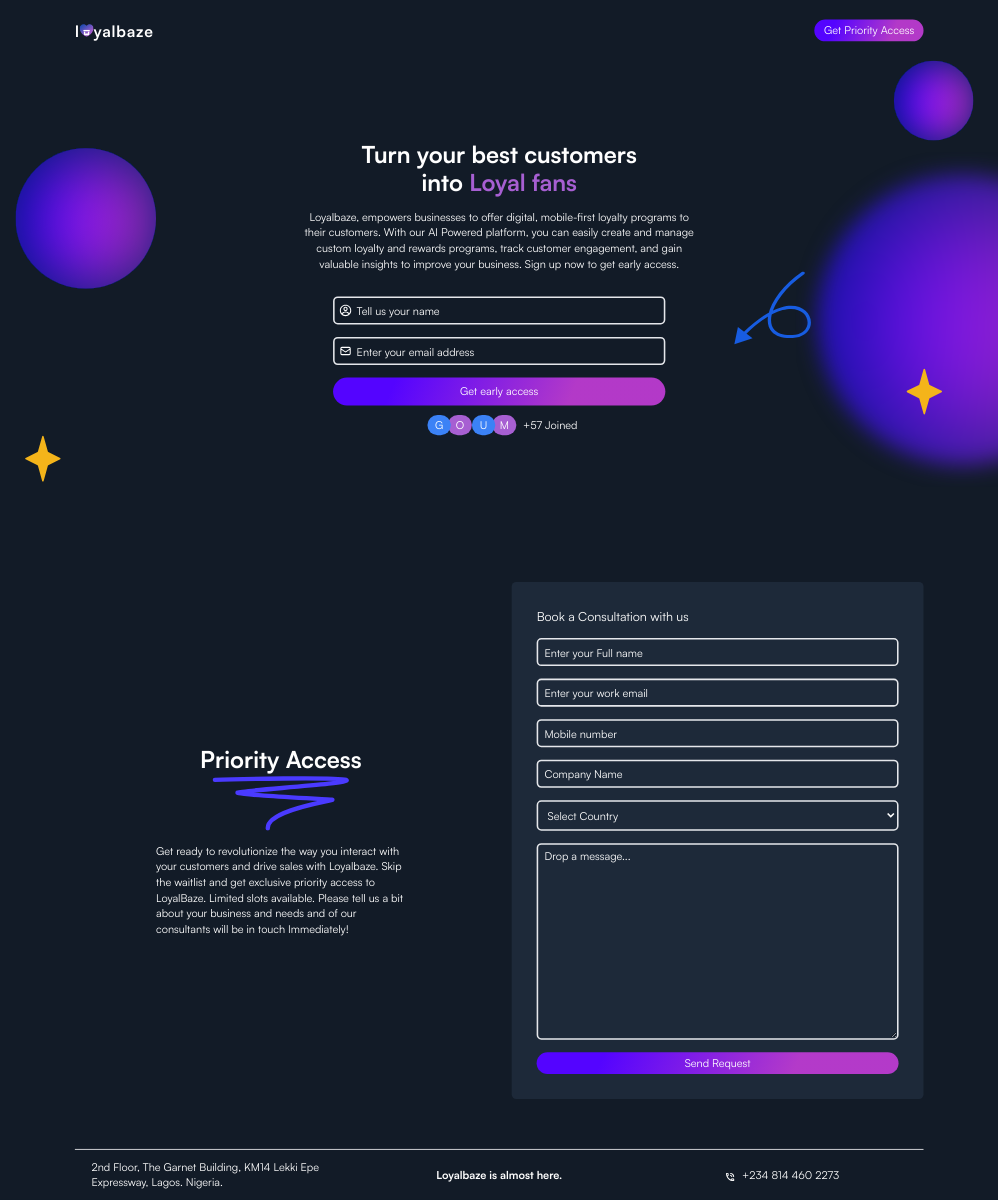
Repository: Jerified/loyalbaze
Page: /
The author's editor kept a copy of each file at every save. The page is drawn from the files as they stood at one save, then again after the next save.
The browser window is 1280 px wide. The pictures show the whole page, at 78% of full size.
The project was rebuilt for these pictures with package versions that can differ from the ones it lists, and the page was loaded fresh each time. The framework's server and built-in components were replaced by stand-ins that run in the browser. Also part of the build but not shown: next.config.js.

Above is the page before, as saved 2023-02-14 17:41:55.

### src/app/layout.tsx
import Header from '@/components/Header'
import localFont from '@next/font/local'
import './globals.css'
// import Providers from '../../';

const satoshi = localFont({
  src: [
    {
      path: '../../public/fonts/Satoshi-Regular.woff2',
      weight: '400',
    },
    {
      path: '../../public/fonts/Satoshi-Bold.woff2',
      weight: '700',
    },
  ]
})

export default function RootLayout({
  children,
}: {
  children: React.ReactNode
}) {
  return (
    <html lang="en">
      <head />
      <body className={satoshi.className}>
          <Header />
          {children}
      </body>
    </html>
  );
}

### src/app/page.tsx
import Contents from "@/components/Contents";
import Footer from "@/components/Footer";
import Form from "@/components/Form";


export default async function Home() {

  return  (
  <main className=''>
    <Contents />
    <Form />
    <Footer />
  </main>
  )
}

### src/components/Header.tsx
import { AiFillHome } from "react-icons/ai";
import { BsFillInfoCircleFill } from "react-icons/bs";
import Link from "next/link";

export default function Header() {
  return (
    <div className="flex justify-between px-8 sm:mx-auto items-center py-6 max-w-6xl mx-auto">
      <div className="text-xl font-semibold tracking-wider flex items-end justify-end">
        l
        <div className="relative">
          <svg
            width="10"
            height="8"
            viewBox="0 0 10 8"
            fill="none"
            xmlns="http://www.w3.org/2000/svg"
            className="absolute bottom-2 right-[0.23rem]"
          >
            <path
              d="M8.42822 3V5.57143C8.42822 6.51857 7.66108 7.28571 6.71394 7.28571H3.28537C2.33822 7.28571 1.57108 6.51857 1.57108 5.57143V3C1.57108 2.76429 1.76394 2.57143 1.99965 2.57143H2.84394C3.07965 2.57143 3.27251 2.76429 3.27251 3V4.34571C3.27295 4.5733 3.36327 4.7915 3.5238 4.95283C3.68432 5.11416 3.90207 5.20556 4.12965 5.20714C4.29251 5.20714 4.45537 5.16 4.59679 5.06571L5.00394 4.8L5.38108 5.05286C5.64251 5.22857 5.97679 5.25 6.25537 5.1C6.53822 4.95 6.71394 4.66286 6.71394 4.34143V3C6.71394 2.76429 6.90679 2.57143 7.14251 2.57143H7.99965C8.23537 2.57143 8.42822 2.76429 8.42822 3ZM9.07108 0.857143V1.28571C9.07108 1.75714 8.84394 2.14286 8.21394 2.14286H1.78537C1.12965 2.14286 0.928223 1.75714 0.928223 1.28571V0.857143C0.928223 0.385714 1.12965 0 1.78537 0H8.21394C8.84394 0 9.07108 0.385714 9.07108 0.857143Z"
              fill="white"
            />
          </svg>

          <span className="w-">
            <svg
              width="18"
              height="30"
              viewBox="0 0 34 30"
              fill="none"
              xmlns="http://www.w3.org/2000/svg"
            >
              <path
                d="M24.4002 0.169922C21.3835 0.169922 18.6835 1.63659 17.0002 3.88659C16.1404 2.73461 15.0239 1.79891 13.7394 1.15375C12.4549 0.508585 11.0376 0.171731 9.60016 0.169922C4.4835 0.169922 0.333496 4.33659 0.333496 9.48659C0.333496 11.4699 0.650163 13.3033 1.20016 15.0033C3.8335 23.3366 11.9502 28.3199 15.9668 29.6866C16.5335 29.8866 17.4668 29.8866 18.0335 29.6866C22.0502 28.3199 30.1668 23.3366 32.8002 15.0033C33.3502 13.3033 33.6668 11.4699 33.6668 9.48659C33.6668 4.33659 29.5168 0.169922 24.4002 0.169922Z"
                fill="url(#paint0_linear_1098_9360)"
              />
              <defs>
                <linearGradient
                  id="paint0_linear_1098_9360"
                  x1="2.3335"
                  y1="0.333333"
                  x2="19.3335"
                  y2="22.5"
                  gradientUnits="userSpaceOnUse"
                >
                  <stop stop-color="#175CE1" stop-opacity="0.71" />
                  <stop offset="1" stop-color="#A75FD2" stop-opacity="0.94" />
                </linearGradient>
              </defs>
            </svg>
          </span>
        </div>
        yalbaze
      </div>

      <button className=" px-3 py-1 rounded-full bg-[linear-gradient(112.92deg,_#5404FF_18.35%,rgba(189,_59,_210,_0.94)_71.49%)] text-sm">
        <div className="bg-inherit">Get Priority Access</div>
      </button>
    </div>
  );
}

### src/app/globals.css


@tailwind base;
@tailwind components;
@tailwind utilities;

body{
  background-color: #121B27;
  color: white;
  font-family: 'satoshi';
}

@layer components {
  input {
  @apply bg-inherit border-2 w-full rounded-md py-1 px-2 pl-2 placeholder:text-[14px] caret-[#A75FD2] outline-none placeholder:text-white
  }
}

### src/components/Contents.tsx
import React from 'react'
import {CgProfile} from 'react-icons/cg'
import { HiOutlineMail } from "react-icons/hi";

const Contents = () => {
  return (
    <div className="pt-8 lg:pt-0 pb-16 relative px-8">
      <div className="hidden lg:flex justify-end">
        <svg
          width="102"
          height="102"
          viewBox="0 0 102 102"
          fill="none"
          xmlns="http://www.w3.org/2000/svg"
        >
          <g filter="url(#filter0_i_1098_9860)">
            <circle
              cx="51"
              cy="51"
              r="51"
              fill="url(#paint0_linear_1098_9860)"
            />
          </g>
          <defs>
            <filter
              id="filter0_i_1098_9860"
              x="0"
              y="0"
              width="103.02"
              height="104.04"
              filterUnits="userSpaceOnUse"
              color-interpolation-filters="sRGB"
            >
              <feFlood flood-opacity="0" result="BackgroundImageFix" />
              <feBlend
                mode="normal"
                in="SourceGraphic"
                in2="BackgroundImageFix"
                result="shape"
              />
              <feColorMatrix
                in="SourceAlpha"
                type="matrix"
                values="0 0 0 0 0 0 0 0 0 0 0 0 0 0 0 0 0 0 127 0"
                result="hardAlpha"
              />
              <feOffset dx="1.02" dy="2.04" />
              <feGaussianBlur stdDeviation="25.5" />
              <feComposite
                in2="hardAlpha"
                operator="arithmetic"
                k2="-1"
                k3="1"
              />
              <feColorMatrix
                type="matrix"
                values="0 0 0 0 0 0 0 0 0 0.113725 0 0 0 0 0.431373 0 0 0 1 0"
              />
              <feBlend
                mode="normal"
                in2="shape"
                result="effect1_innerShadow_1098_9860"
              />
            </filter>
            <linearGradient
              id="paint0_linear_1098_9860"
              x1="5.1"
              y1="70.89"
              x2="100.108"
              y2="75.3654"
              gradientUnits="userSpaceOnUse"
            >
              <stop stop-color="#5404FF" />
              <stop offset="0.899616" stop-color="#BA2AD1" />
            </linearGradient>
          </defs>
        </svg>
      </div>
      <div className="absolute left-5 hidden lg:block -z-1">
        <svg
          width="180"
          height="200"
          viewBox="0 0 200 200"
          fill="none"
          xmlns="http://www.w3.org/2000/svg"
        >
          <g filter="url(#filter0_i_3346_6249)">
            <circle
              cx="100"
              cy="100"
              r="100"
              fill="url(#paint0_linear_3346_6249)"
            />
          </g>
          <defs>
            <filter
              id="filter0_i_3346_6249"
              x="0"
              y="0"
              width="202"
              height="204"
              filterUnits="userSpaceOnUse"
              color-interpolation-filters="sRGB"
            >
              <feFlood flood-opacity="0" result="BackgroundImageFix" />
              <feBlend
                mode="normal"
                in="SourceGraphic"
                in2="BackgroundImageFix"
                result="shape"
              />
              <feColorMatrix
                in="SourceAlpha"
                type="matrix"
                values="0 0 0 0 0 0 0 0 0 0 0 0 0 0 0 0 0 0 127 0"
                result="hardAlpha"
              />
              <feOffset dx="2" dy="4" />
              <feGaussianBlur stdDeviation="50" />
              <feComposite
                in2="hardAlpha"
                operator="arithmetic"
                k2="-1"
                k3="1"
              />
              <feColorMatrix
                type="matrix"
                values="0 0 0 0 0 0 0 0 0 0.113725 0 0 0 0 0.431373 0 0 0 1 0"
              />
              <feBlend
                mode="normal"
                in2="shape"
                result="effect1_innerShadow_3346_6249"
              />
            </filter>
            <linearGradient
              id="paint0_linear_3346_6249"
              x1="10"
              y1="139"
              x2="196.289"
              y2="147.775"
              gradientUnits="userSpaceOnUse"
            >
              <stop stop-color="#5404FF" />
              <stop offset="0.899616" stop-color="#BA2AD1" />
            </linearGradient>
          </defs>
        </svg>
      </div>
      <div className="absolute right-0 hidden lg:block -z-1">
        <svg
          width="260"
          height="460"
          viewBox="0 0 279 460"
          fill="none"
          xmlns="http://www.w3.org/2000/svg"
        >
          <g filter="url(#filter0_if_3250_3646)">
            <circle
              cx="230"
              cy="230"
              r="200"
              fill="url(#paint0_linear_3250_3646)"
            />
          </g>
          <defs>
            <filter
              id="filter0_if_3250_3646"
              x="0"
              y="0"
              width="460"
              height="460"
              filterUnits="userSpaceOnUse"
              color-interpolation-filters="sRGB"
            >
              <feFlood flood-opacity="0" result="BackgroundImageFix" />
              <feBlend
                mode="normal"
                in="SourceGraphic"
                in2="BackgroundImageFix"
                result="shape"
              />
              <feColorMatrix
                in="SourceAlpha"
                type="matrix"
                values="0 0 0 0 0 0 0 0 0 0 0 0 0 0 0 0 0 0 127 0"
                result="hardAlpha"
              />
              <feOffset dx="4" dy="8" />
              <feGaussianBlur stdDeviation="100" />
              <feComposite
                in2="hardAlpha"
                operator="arithmetic"
                k2="-1"
                k3="1"
              />
              <feColorMatrix
                type="matrix"
                values="0 0 0 0 0 0 0 0 0 0.113725 0 0 0 0 0.431373 0 0 0 1 0"
              />
              <feBlend
                mode="normal"
                in2="shape"
                result="effect1_innerShadow_3250_3646"
              />
              <feGaussianBlur
                stdDeviation="15"
                result="effect2_foregroundBlur_3250_3646"
              />
            </filter>
            <linearGradient
              id="paint0_linear_3250_3646"
              x1="50"
              y1="308"
              x2="422.578"
              y2="325.551"
              gradientUnits="userSpaceOnUse"
            >
              <stop stop-color="#5404FF" />
              <stop offset="0.899616" stop-color="#BA2AD1" />
            </linearGradient>
          </defs>
        </svg>
      </div>

      <h1 className="font-bold text-center text-3xl max-w-sm mx-auto">
        Turn your best customers into{" "}
        <span className="text-[#A75FD2] ">Loyal fans</span>
      </h1>
      <p className="text-center pt-4 max-w-[22rem] md:max-w-lg mx-auto text-sm z-100">
        Loyalbaze, empowers businesses to offer digital, mobile-first loyalty
        programs to their customers. With our AI Powered platform, you can
        easily create and manage custom loyalty and rewards programs, track
        customer engagement, and gain valuable insights to improve your
        business. Sign up now to get early access.
      </p>
      <form
        action=""
        className="pt-8 grid place-items-center gap-4 pb-3 relative"
      >
        <div className="absolute right-[13rem] top-0 hidden lg:block">
          <svg
            width="99"
            height="94"
            viewBox="0 0 99 94"
            fill="none"
            xmlns="http://www.w3.org/2000/svg"
          >
            <path
              d="M89.8737 3.49999C90.82 2.84772 91.0138 1.6312 90.3065 0.782795C89.5992 -0.0656061 88.2586 -0.224608 87.3123 0.427655L89.8737 3.49999ZM75.1908 83.4453L75.2913 85.3794L75.1908 83.4453ZM0.487821 93.343L23.7889 85.632L5.03935 71.2977L0.487821 93.343ZM87.3123 0.427655C63.2326 17.0251 47.5056 38.4428 43.9972 55.6668C42.2394 64.2962 43.5064 72.1624 48.7779 77.7112C54.0665 83.278 62.9501 86.0571 75.2913 85.3794L75.0903 81.5112C63.5102 82.147 56.1583 79.4988 52.0369 75.1606C47.8985 70.8045 46.5811 64.288 48.2042 56.3198C51.4574 40.3488 66.3528 19.7123 89.8737 3.49999L87.3123 0.427655ZM75.2913 85.3794C87.4389 84.7124 94.9158 78.9117 97.5774 71.5997C100.191 64.4195 98.034 56.077 91.6943 50.4846C85.2748 44.8217 74.8195 42.1622 61.2105 45.8016C47.6707 49.4225 30.939 59.2723 11.4376 78.6706L14.5831 81.2586C33.8025 62.1408 49.8871 52.8556 62.3705 49.5172C74.7847 46.1974 83.5594 48.7545 88.6881 53.2787C93.8967 57.8734 95.6063 64.6887 93.5159 70.4314C91.4735 76.0424 85.6761 80.9299 75.0903 81.5112L75.2913 85.3794Z"
              fill="#175CE1"
            />
          </svg>
        </div>
        <div className="w-[80%] md:w-[60%] lg:max-w-[35%] relative flex items-center">
          <input
            type="text"
            className=" bg-inherit border-2 w-full rounded-md py-1 px-2 pl-7 placeholder:text-[14px] "
            placeholder="Tell us your name"
          />
          <CgProfile className="absolute left-2 top-[50%] -translate-y-[50%]" />
        </div>
        <div className="w-[80%] md:w-[60%] lg:max-w-[35%] relative flex items-center">
          <input
            type="text"
            className=" bg-inherit border-2 w-full rounded-md py-1 px-2 pl-7 placeholder:text-[14px] placeholder:pt-[-1px] "
            placeholder="Enter your email address"
          />
          <HiOutlineMail className="absolute left-2 top-[50%] -translate-y-[50%]" />
        </div>
        <button className="text-sm bg-[linear-gradient(112.92deg,_#5404FF_18.35%,rgba(189,_59,_210,_0.94)_71.49%)] rounded-full w-[80%] md:w-[60%] lg:max-w-[35%] py-2">
          Get early access
        </button>
        <div className="absolute bottom-0 right-0 lg:right-10">
          <svg
            width="46"
            height="60"
            viewBox="0 0 46 60"
            fill="none"
            xmlns="http://www.w3.org/2000/svg"
          >
            <path
              d="M22.0364 1.47205C22.3075 0.495278 23.6925 0.495274 23.9636 1.47205L29.3625 20.9258C29.4386 21.2002 29.6282 21.4291 29.8836 21.5551L45.1824 29.1032C45.9257 29.47 45.9257 30.53 45.1823 30.8968L29.8836 38.4449C29.6282 38.5709 29.4386 38.7998 29.3625 39.0742L23.9636 58.5279C23.6925 59.5047 22.3075 59.5047 22.0364 58.528L16.6375 39.0742C16.5614 38.7998 16.3718 38.5709 16.1164 38.4449L0.817651 30.8968C0.0742599 30.53 0.0742621 29.47 0.817654 29.1032L16.1164 21.5551C16.3718 21.4291 16.5614 21.2002 16.6375 20.9258L22.0364 1.47205Z"
              fill="#F4B41A"
            />
          </svg>
        </div>
      </form>
      <div className="flex relative text-sm justify-center items-center">
        <p className="bg-blue-500 rounded-full w-fit px-[10px] py-[3px] relative  left-2 z-10">
          G
        </p>
        <p className="bg-[#A75FD2] rounded-full w-fit px-[10px] py-[3px] relative left-1">
          O
        </p>
        <p className="bg-blue-500 rounded-full w-fit px-[10px] py-[3px] relative left-1">
          U
        </p>
        <p className="bg-[#A75FD2] rounded-full w-fit px-[10px] py-[3px]">M</p>
        <p className="pl-2 font-medium">+57 Joined</p>
      </div>
      <div className="">
        <svg
          width="46"
          height="60"
          viewBox="0 0 46 60"
          fill="none"
          xmlns="http://www.w3.org/2000/svg"
        >
          <path
            d="M22.0364 1.47205C22.3075 0.495278 23.6925 0.495274 23.9636 1.47205L29.3625 20.9258C29.4386 21.2002 29.6282 21.4291 29.8836 21.5551L45.1824 29.1032C45.9257 29.47 45.9257 30.53 45.1823 30.8968L29.8836 38.4449C29.6282 38.5709 29.4386 38.7998 29.3625 39.0742L23.9636 58.5279C23.6925 59.5047 22.3075 59.5047 22.0364 58.528L16.6375 39.0742C16.5614 38.7998 16.3718 38.5709 16.1164 38.4449L0.817651 30.8968C0.0742599 30.53 0.0742621 29.47 0.817654 29.1032L16.1164 21.5551C16.3718 21.4291 16.5614 21.2002 16.6375 20.9258L22.0364 1.47205Z"
            fill="#F4B41A"
          />
        </svg>
      </div>
    </div>
  );
}

export default Contents

### src/components/Footer.tsx
import React from 'react'
import {MdOutlinePhoneInTalk} from 'react-icons/md'

const Footer = () => {
  return (
    <div className='max-w-6xl mx-auto px-8'>
      <div
        className="border-b border-white
        "
      />
      <div className="lg:grid lg:grid-cols-3 text-center gap-y-3 text-sm py-3 lg:gap-0 items-center">
        <div className="font-semibold order-2 ">Loyalbaze is almost here.</div>
        <div className="max-w-[20rem] mx-auto order-1 lg:text-start">
          2nd Floor, The Garnet Building, KM14 Lekki Epe Expressway, Lagos.
          Nigeria.
        </div>
        <div className="flex justify-center items-center gap-2 order-3 lg:items-end">
          <MdOutlinePhoneInTalk />
          <p className="">+234 814 460 2273</p>
        </div>
      </div>
    </div>
  );
}

export default Footer

### src/components/Form.tsx
import React from "react";

const Form = () => {
  return (
    <>
      <main className="lg:grid grid-cols-2 gap-8 items-center max-w-6xl mx-auto px-8">
        <div className="text-center lg:text-start lg:place-items-center">
          <h1 className="font-semibold text-3xl ">Priority Access</h1>
          <div className="grid place-items-center pt-1">
            <svg
              width="176"
              height="70"
              viewBox="0 0 176 70"
              fill="none"
              xmlns="http://www.w3.org/2000/svg"
            >
              <path
                d="M3.5 4.8585C26.7327 3.78401 160.807 1.27686 171.613 4.8585C185.121 9.33556 39.9697 17.9315 32.6758 21.155C26.8406 23.7338 146.678 29.5718 153.702 30.2882C160.726 31.0045 70.2263 42.3583 71.3069 67"
                stroke="#4A3AFF"
                stroke-width="5.55173"
                stroke-linecap="round"
              />
            </svg>
          </div>
          <p className="pt-4 text-sm max-w-[22rem] md:max-w-lg lg:max-w-[20rem] mx-auto lg:m-0">
            Get ready to revolutionize the way you interact with your customers
            and drive sales with Loyalbaze. Skip the waitlist and get exclusive
            priority access to LoyalBaze. Limited slots available. Please tell
            us a bit about your business and needs and of our consultants will
            be in touch Immediately!
          </p>
        </div>
        <div className=" -auto">
          <form action="" className="py-8 bg-[#1D2939] my-16 rounded-md">
            <div className=" flex flex-col gap-4 mx-auto px-6 lg:px-8">
              <p className="">Book a Consultation with us</p>
              <input
                type="text"
                className="input"
                placeholder="Enter your Full name"
              />
              <input
                type="email"
                className="input"
                placeholder="Enter your work email"
              />
              <input type="tel" className="input" placeholder="Mobile number" />
              <input type="text" className="input" placeholder="Company Name" />
              <select
                name="Select Country"
                id=""
                className=" bg-inherit border-2 w-full rounded-md py-2 px-2 pl-2 placeholder:text-[14px] caret-[#A75FD2] outline-none text-[14px]"
              >
                <option
                  value="Select Country"
                  className="placeholder:text-[14px] text-[14px]"
                >
                  Select Country
                </option>
              </select>
              <textarea
                name=""
                id=""
                cols="0"
                rows="10"
                placeholder="Drop a message..."
                className=" bg-inherit border-2 w-full rounded-md py-1 px-2 pl-2 placeholder:text-[14px] caret-[linear-gradient(112.92deg,_#5404FF_18.35%,rgba(189,_59,_210,_0.94)_71.49%)] outline-none resize-non placeholder:text-white"
              />
              <button className=" px-3 py-1 rounded-full bg-[linear-gradient(112.92deg,_#5404FF_18.35%,rgba(189,_59,_210,_0.94)_71.49%)] text-sm">
                Send Request
              </button>
            </div>
          </form>
        </div>
      </main>
    </>
  );
};

export default Form;

### tailwind.config.js
/** @type {import('tailwindcss').Config} */
module.exports = {
  content: ["./src/**/*.{html,js,jsx,ts,tsx}"],
  theme: {
    fontFamily: {
      'satochi': ['Satoshi', 'sans-serif'],
    },
    extend: {},
  },
  plugins: [],
  darkMoode:"class"
}

After the next save:
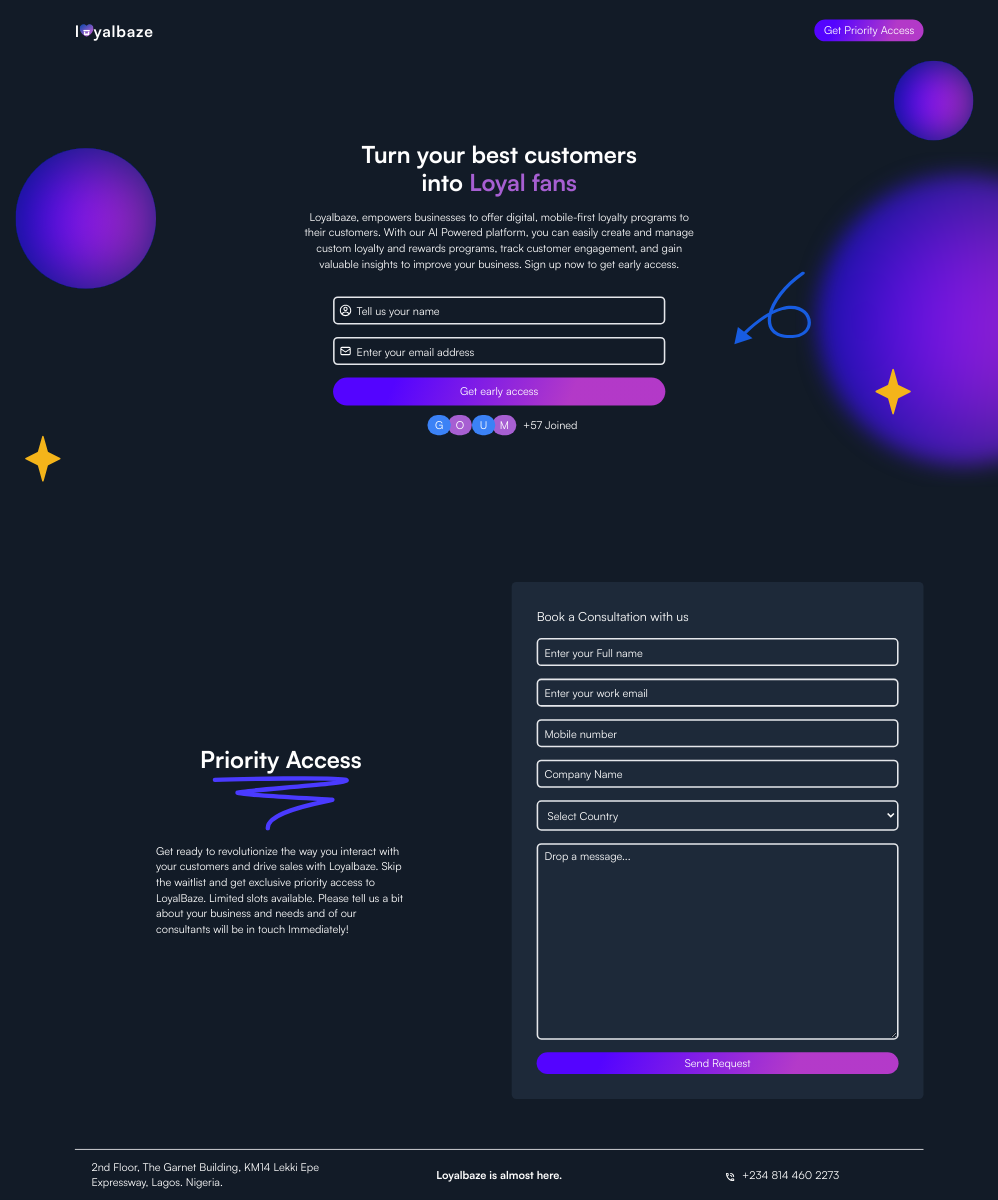
Saved 4 s later.
--- a/src/components/Contents.tsx
+++ b/src/components/Contents.tsx
@@ -271,7 +271,7 @@
         <button className="text-sm bg-[linear-gradient(112.92deg,_#5404FF_18.35%,rgba(189,_59,_210,_0.94)_71.49%)] rounded-full w-[80%] md:w-[60%] lg:max-w-[35%] py-2">
           Get early access
         </button>
-        <div className="absolute bottom-0 right-0 lg:right-10">
+        <div className="absolute bottom-0 right-0 lg:right-20">
           <svg
             width="46"
             height="60"
